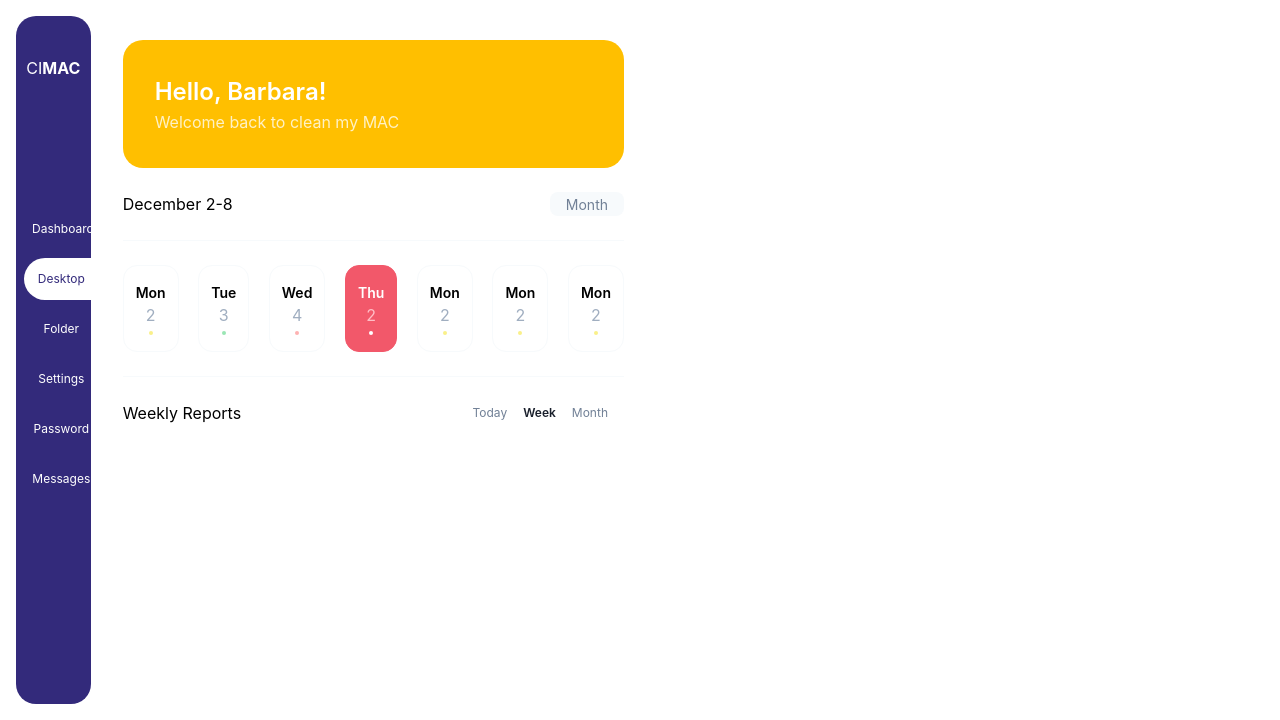
Repository: charleyvibez/experiment-Utility-software-UI
Page: index.html
The author's editor kept a copy of each file at every save. The page is drawn from the files as they stood at one save, then again after a run of saves.
The browser window is 1280 px wide. The pictures show the whole page.

Above is the page before, as saved 2020-03-18 00:55:31.

### index.html
<!DOCTYPE html>
<html lang="en">
<head>
  <meta charset="UTF-8">
  <meta name="viewport" content="width=device-width, initial-scale=1.0">

  <link rel="stylesheet" href="tailwind.css">
  <link rel="stylesheet" href="index.css">
  <title>Document</title>
</head>
<body>
  <section class="flex">
     <aside class="w-1/12 p-4 h-screen">
      <div class="aside-container bg-gray-100 rounded-xl flex flex-col items-center h-full">
        <div class="logo pt-10 text-white">
          <h3>CI<span class="font-bold">MAC</span></h3>
        </div>

      <nav class="flex flex-col items-center text-xs mt-32 text-center text-white w-full pl-2">
        <div class="nav-item w-full pl-2 py-3 mb-2">Dashboard</div>
        <div class="nav-item w-full pl-2 py-3 mb-2 active-nav">Desktop</div>
        <div class="nav-item w-full pl-2 py-3 mb-2">Folder</div>
        <div class="nav-item w-full pl-2 py-3 mb-2">Settings</div>
        <div class="nav-item w-full pl-2 py-3 mb-2">Password</div>
        <div class="nav-item w-full pl-2 py-3 mb-2">Messages</div>
      </nav>
      </div>

    </aside>

  <main class="w-5/12 p-4 h-screen pt-10">
    <div class="main-container">
      <div class="hello p-8 h-32 yellow-bg rounded-xl flex flex-col justify-center">
        <h1 class="text-2xl font-semibold text-white">Hello, Barbara!</h1>
        <p class="yellow-text-support">Welcome back to clean my MAC</p>
      </div>
      <div class="date">
        <div class="heading flex justify-between border-b border-gray-100 py-6">
          <div class="heading-date-range">
            <Span> December 2-8</Span>
          </div>
          <div class="heading-month bg-gray-100 px-4 rounded-lg flex items-center">
            <span class="inline-block text-sm text-gray-600">Month</span>
          </div>
        </div>
        <div class="days flex justify-between py-6  border-b border-gray-100">
          <div class="day flex flex-col items-center py-4 px-3 border border-gray-100 rounded-lg">
            <h3 class="font-semibold text-sm">Mon</h3>
            <span class="text-gray-500">2</span>
            <span class="w-1 h-1 bg-yellow-300 rounded-full mt-1"></span>
          </div>
          <div class="day flex flex-col items-center py-4 px-3 border border-gray-100 rounded-lg">
            <h3 class="font-semibold text-sm">Tue</h3>
            <span class="text-gray-500">3</span>
            <span class="w-1 h-1 bg-green-300 rounded-full mt-1"></span>
          </div>
          <div class="day flex flex-col items-center py-4 px-3 border border-gray-100 rounded-lg">
            <h3 class="font-semibold text-sm">Wed</h3>
            <span class="text-gray-500">4</span>
            <span class="w-1 h-1 bg-red-300 rounded-full mt-1"></span>
          </div>
          <div class="day flex flex-col items-center py-4 px-3 border border-gray-100 rounded-lg active-day">
            <h3 class="font-semibold text-sm">Thu</h3>
            <span class="inline-block text-gray-500 day-number">2</span>
            <span class="inline-block w-1 h-1 bg-yellow-300 rounded-full mt-1 day-indicator"></span>
          </div>
          <div class="day flex flex-col items-center py-4 px-3 border border-gray-100 rounded-lg">
            <h3 class="font-semibold text-sm">Mon</h3>
            <span class="text-gray-500">2</span>
            <span class="w-1 h-1 bg-yellow-300 rounded-full mt-1"></span>
          </div>
          <div class="day flex flex-col items-center py-4 px-3 border border-gray-100 rounded-lg">
            <h3 class="font-semibold text-sm">Mon</h3>
            <span class="text-gray-500">2</span>
            <span class="w-1 h-1 bg-yellow-300 rounded-full mt-1"></span>
          </div>
          <div class="day flex flex-col items-center py-4 px-3 border border-gray-100 rounded-lg">
            <h3 class="font-semibold text-sm">Mon</h3>
            <span class="text-gray-500">2</span>
            <span class="w-1 h-1 bg-yellow-300 rounded-full mt-1"></span>
          </div>
        </div>
      </div>

       <div class="Reports">
        <div class="heading flex justify-between py-6">
          <div class="heading-date-range">
            <Span class="font-normal"> Weekly Reports</Span>
          </div>
          <div class="heading-reports  px-4 rounded-lg flex items-center">
            <span class="inline-block text-gray-600 text-xs">Today</span>
            <span class="inline-block text-gray-900 ml-4 text-xs font-semibold">Week</span>
            <span class="inline-block text-gray-600 ml-4 text-xs">Month</span>
          </div>


        </div>
        <div class="flex">


        </div>

       </div>
    </div>
  </main>
  </section>

</body>
</html>

### index.css
* {
  margin: 0;
  padding: 0;
  box-sizing: border-box;
}

.aside-container {
  background: #332a7b;
}
.active-nav {
  position: relative;
  background:white;
  color: #332a7b;
  border-bottom-left-radius: 30px;
  border-top-left-radius: 30px;
}

/* .active-nav:before {
  position: absolute;
  content: '';
  height: 30px;
  width: 30px;
  border-radius: 50%;
  top: -25px;
  right: 0;
  background: #332a7b;
} */

.rounded-xl {
  border-radius: 20px
}
.rounded-semi-xl {
  border-radius: 14px
}

.yellow-bg {
  background: #ffbf00;
}
.yellow-text-support {
  color: #fff1c5
}

.day {
  border-radius: 14px;
}

.active-day {
  background: #f2586a;
  border: 1px solid #f2586a
}

.active-day h3 {
  color: white;
  ;
}
.active-day .day-number {
  color: #ffbec6;
}
.active-day .day-indicator {
  background: white;
}

Loaded but not shown: tailwind.css (library)

After the next 16 saves:
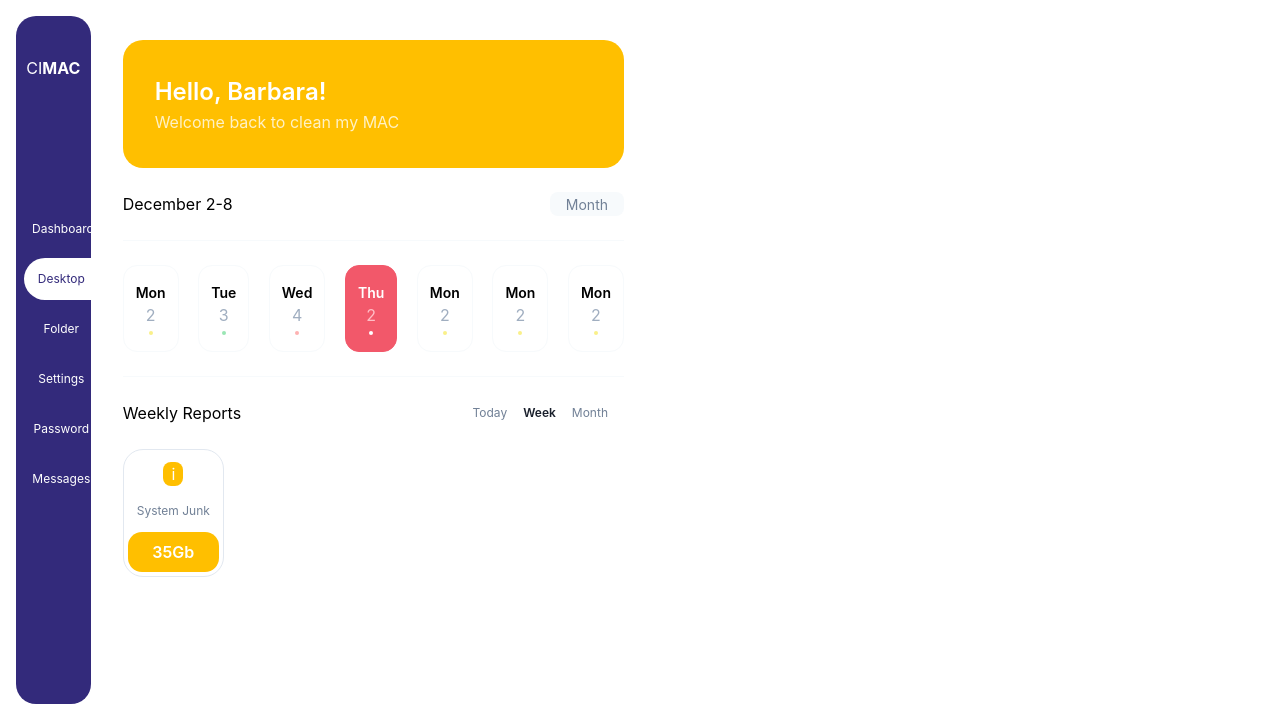
The 16 saves are shown as one change because they came seconds apart.
The last was saved 20 s later.
--- a/index.html
+++ b/index.html
@@ -83,7 +83,7 @@
       </div>
 
        <div class="Reports">
-        <div class="heading flex justify-between py-6">
+        <div class="heading flex justify-between  py-6">
           <div class="heading-date-range">
             <Span class="font-normal"> Weekly Reports</Span>
           </div>
@@ -95,9 +95,16 @@
 
 
         </div>
-        <div class="flex">
-
-
+        <div class="junks">
+          <div class="system-junk w-1/4  flex items-center pr-6">
+           <div class="bg-white rounded-xl flex flex-col items-center border w-full px-1 pt-3 pb-1">
+             <span class="junk-icon inline-block px-2 text-white mb-4 rounded-lg yellow-bg">
+              i
+            </span>
+            <h6 class="text-xs mb-3 text-gray-600">System Junk</h6>
+            <span class="inline-block yellow-bg px-5 py-2 text-center rounded-semi-xl text-white font-semibold w-full">35Gb</span>
+           </div>
+          </div>
         </div>
 
        </div>
